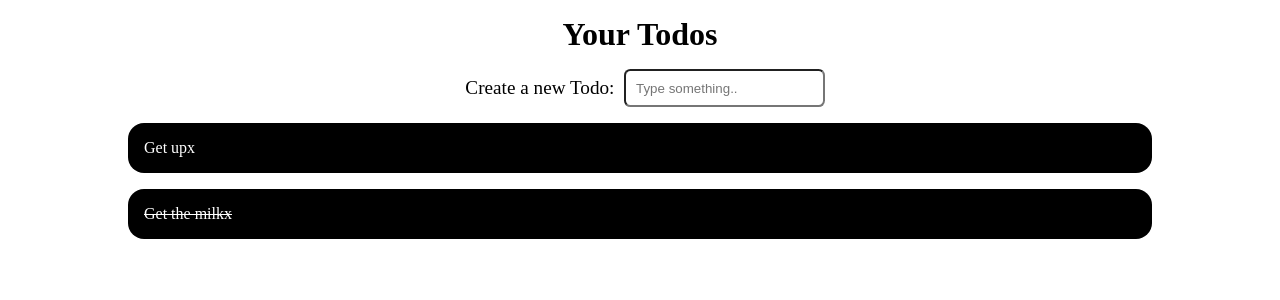
Repository: Heeeeeppo/todo-list
Page: / (app in frontend/)
An editor plug-in stored every save of this project. The page is shown before and after the next save, followed by the edit.
The browser window is 1280 px wide. The pictures show the whole page.
The project was rebuilt for these pictures with package versions that can differ from the ones it lists, and the page was loaded fresh each time.

Above is the page before, as saved 2023-11-07 19:38:43.

### frontend/src/index.css
* {
  margin: 0;
  padding: 0;
}

.App {
  padding: 1rem;
  width: 80%;
  margin: auto;
}

h1 {
  text-align: center;
}

.inputField {
  display: flex;
  width: 50%;
  justify-content: center;
  align-items: center;
  margin: auto;
  padding: 1rem;
}

label {
  font-size: 1.2rem;
  margin: 0 10px;
  text-align: center;
}

input {
  border-radius: 0.4rem;
  padding: 0.6rem;
}

.todo {
  background-color: black;
  color: white;
  position: relative;
  padding: 1rem;
  border-radius: 1rem;
  display: flex;
  align-items: center;
  margin-bottom: 1rem;
}

.completed {
  text-decoration: line-through;
}

### frontend/src/App.js
import { useState } from "react";

function App() {

    const [todos, setTodos] = useState([]);
    const [newTodo, setNewTodo] = useState("");

    function handleChange(event) {
        setNewTodo(event.target.value);
    }

    return (
        <div className="App">
            <h1>Your Todos</h1>
            <div className="inputField">
                <label for="text">Create a new Todo: </label>
                <input
                    type="text"
                    name="text"
                    onChange={handleChange}
                    value={newTodo}
                    placeholder="Type something.."
                />
            </div>

            <div className="todos">
                <div className="todo">
                    <div className="checkbox"></div>
                    <div className="text">Get up</div>
                    <div className="delete-todo">x</div>
                </div>

                <div className="todo completed">
                    <div className="checkbox"></div>
                    <div className="text">Get the milk</div>
                    <div className="delete-todo">x</div>
                </div>
            </div>
        </div>
    );
}

export default App;

Loaded but not shown: frontend/public/index.html (common file); frontend/src/index.js (common file)

After the next save:
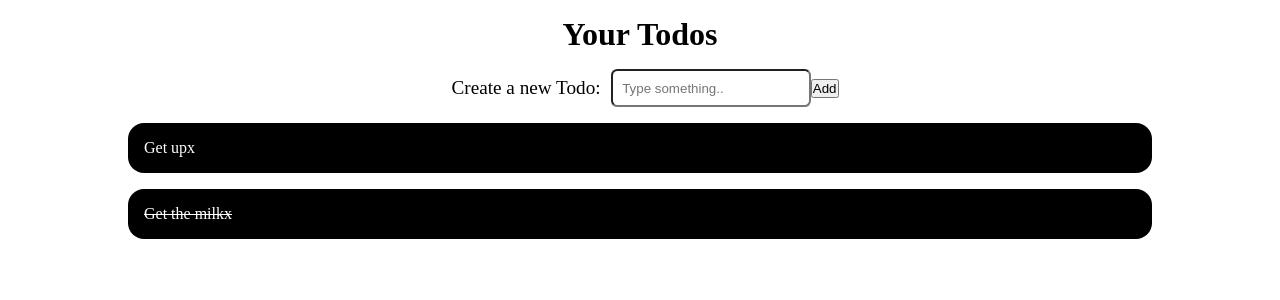
Saved 24 s later.
--- a/frontend/src/App.js
+++ b/frontend/src/App.js
@@ -21,6 +21,7 @@ function App() {
                     value={newTodo}
                     placeholder="Type something.."
                 />
+                <button>Add</button>
             </div>
 
             <div className="todos">
